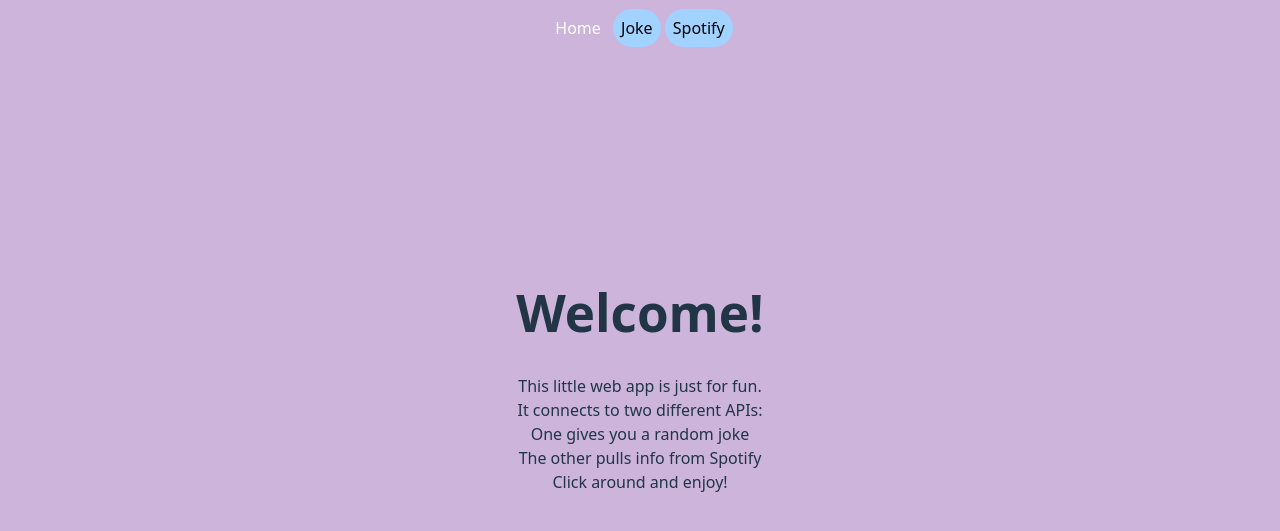
Repository: rosieomusic/spotify-react
Page: /
An editor plug-in stored every save of this project. The page is shown before and after the next save, followed by the edit.
The browser window is 1280 px wide. The pictures show the whole page.
The first visible `a.nav-link` is being pressed.
The page's requests for data from a server got no answer. The project was rebuilt for these pictures with package versions that can differ from the ones it lists, and the page was loaded fresh each time. No one was signed in, and anything a server would have sent is missing. Also part of the build but not shown: vite.config.js, src/services/SpotifyService.js, src/components/AlbumComponent.jsx, src/pages/SpotifyPage.jsx, src/services/JokeService.js, src/pages/JokePage.jsx.

Above is the page before, as saved 2025-05-09 19:10:19.

### index.html
<!DOCTYPE html>
<html lang="en">
	<head>
		<meta charset="UTF-8" />
		<link
			rel="icon"
			type="image/svg+xml"
			href="/vite.svg"
		/>
		<meta
			name="viewport"
			content="width=device-width, initial-scale=1.0"
		/>
		<title>Joke and Spotify API</title>
	</head>
	<body>
		<div id="root"></div>
		<script
			type="module"
			src="/src/main.jsx"
		></script>
	</body>
</html>

### src/index.css
:root {
	font-family: system-ui, Avenir, Helvetica, Arial, sans-serif;
	line-height: 1.5;
	font-weight: 400;

	color: black;
	background-color: white;

	font-synthesis: none;
	text-rendering: optimizeLegibility;
	-webkit-font-smoothing: antialiased;
	-moz-osx-font-smoothing: grayscale;
}

a {
	font-weight: 500;
	color: #646cff;
	text-decoration: inherit;
}
a:hover {
	color: #535bf2;
}

h1 {
	font-size: 3.2em;
	line-height: 1.1;
}

button {
	border-radius: 8px;
	border: 1px solid black;
	padding: 0.6em 1.2em;
	font-size: 1em;
	font-weight: 500;
	font-family: inherit;
	background-color: white;
	cursor: pointer;
	transition: border-color 0.25s;
}
button:hover {
	border-color: #646cff;
}
button:focus,
button:focus-visible {
	outline: 4px auto -webkit-focus-ring-color;
}

@media (prefers-color-scheme: light) {
	:root {
		color: #213547;
		background-color: #ffffff;
	}
	a:hover {
		color: #747bff;
	}
	button {
		background-color: #f9f9f9;
	}
}

### src/App.jsx
import './App.css';
import { BrowserRouter, Routes, Link, Route, NavLink } from 'react-router-dom';
import HomePage from './pages/HomePage';
import SpotifyPage from './pages/SpotifyPage';
import JokePage from './pages/JokePage';

function App() {
	return (
		<BrowserRouter>
			<div id='app-container'>
				<nav>
					<NavLink
						to='/'
						className='nav-link'
					>
						Home
					</NavLink>{' '}
					<NavLink
						to='/joke'
						className='nav-link'
					>
						Joke
					</NavLink>{' '}
					<NavLink
						to='/spotify'
						className='nav-link'
					>
						Spotify
					</NavLink>
				</nav>

				<main>
					<Routes>
						<Route
							path='/'
							element={<HomePage />}
						/>
						<Route
							path='/joke'
							element={<JokePage />}
						/>
						<Route
							path='/spotify'
							element={<SpotifyPage />}
						/>
					</Routes>
				</main>
			</div>
		</BrowserRouter>
	);
}

export default App;

### src/App.css
html,
body {
	height: 100%;
	margin: 0;
	padding: 0;
}
#app-container {
	display: flex;
	flex-direction: column;
	min-height: 100dvh;
}

#root {
	max-width: 1280px;
	margin: 0;
	height: 100dvh;
	display: flex;
	justify-content: center;
	align-items: center;
	text-align: center;
}
body {
	background-color: #cdb4db;
}

button {
	background-color: #a2d2ff;
	border: none;
}
h1,
p {
	justify-self: center;
	text-align: center;
	align-self: center;
}

nav {
	text-align: center;
	margin-top: 1rem;
}
a {
	text-decoration: none;
	color: black;
	background-color: #a2d2ff;
	border-radius: 30px;
	padding: 0.5em;
}
a.nav-link:active {
	text-decoration: none;
	background-color: #cdb4db;
	color: white;
}
main {
	flex-grow: 1;
	display: flex;
	justify-content: center;
	align-items: center;
	text-align: center;
	padding: 1rem;
}

### src/pages/HomePage.jsx
import React from 'react';

export default function HomePage() {
	return (
		<div>
			<h1>Welcome!</h1>
			<p>
				This little web app is just for fun. <br />
				It connects to two different APIs: <br />
				One gives you a random joke <br />
				The other pulls info from Spotify
				<br />
				Click around and enjoy!
			</p>
		</div>
	);
}

Loaded but not shown: src/main.jsx (common file)

After the next save:
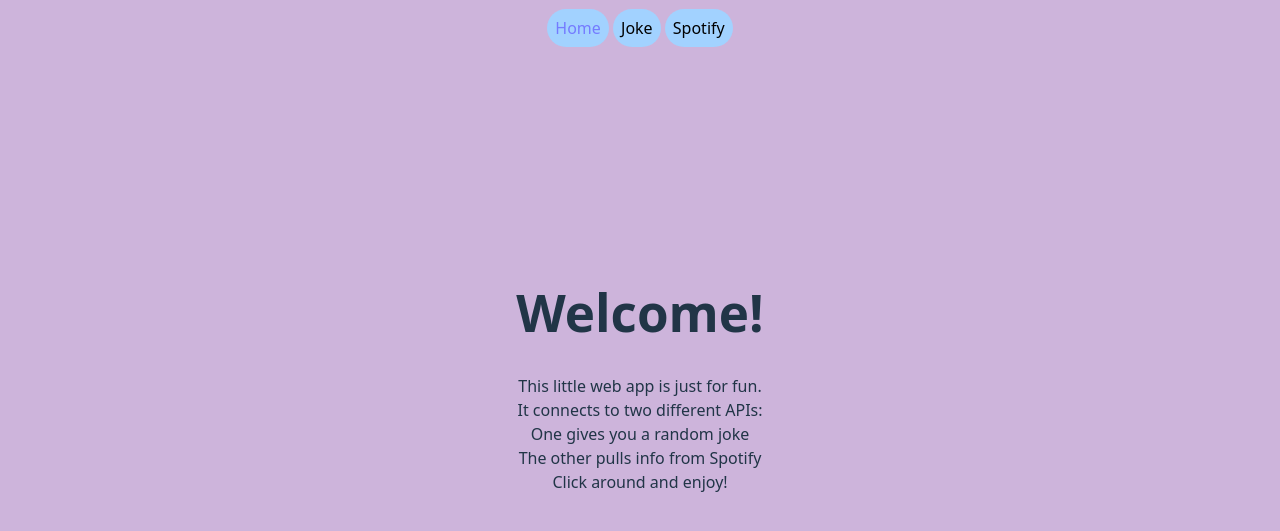
Saved 2 min 35 s later.
--- a/src/App.css
+++ b/src/App.css
@@ -45,7 +45,7 @@
 	border-radius: 30px;
 	padding: 0.5em;
 }
-a.nav-link:active {
+nav-link:active {
 	text-decoration: none;
 	background-color: #cdb4db;
 	color: white;
